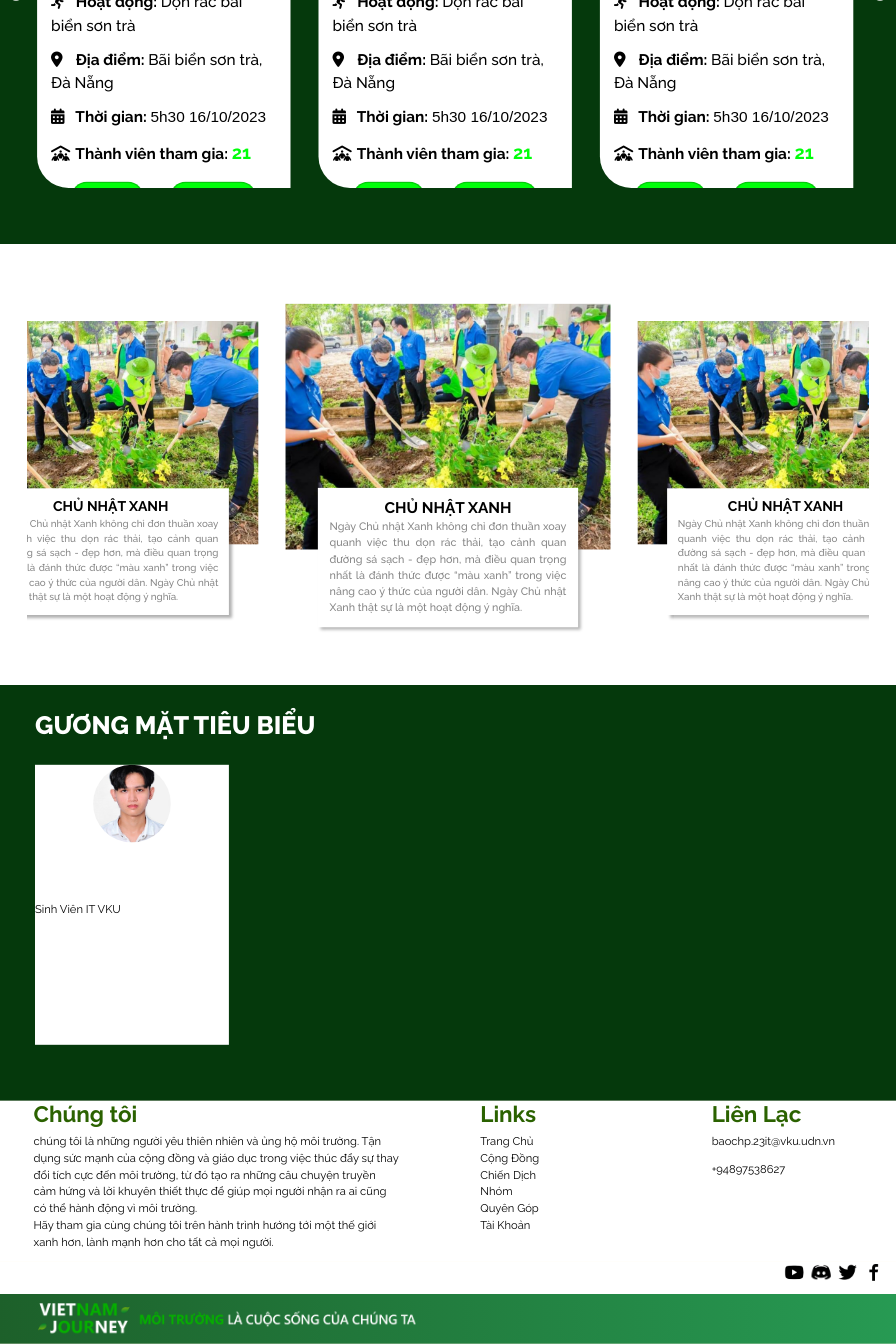
Repository: Boima12/Boima12.github.io_VietnamJourney
Page: HTML/ChienDich/ChienDich.html
The author's editor kept a copy of each file at every save. The page is drawn from the files as they stood at one save, then again after the next save.
The browser window is 1280 px wide. The pictures show the part of the page from y = 2741 to 4661 px (the page is 4661 px tall), at 70% of full size.

Above is the page before, as saved 2024-05-25 13:13:14.

After the next save:
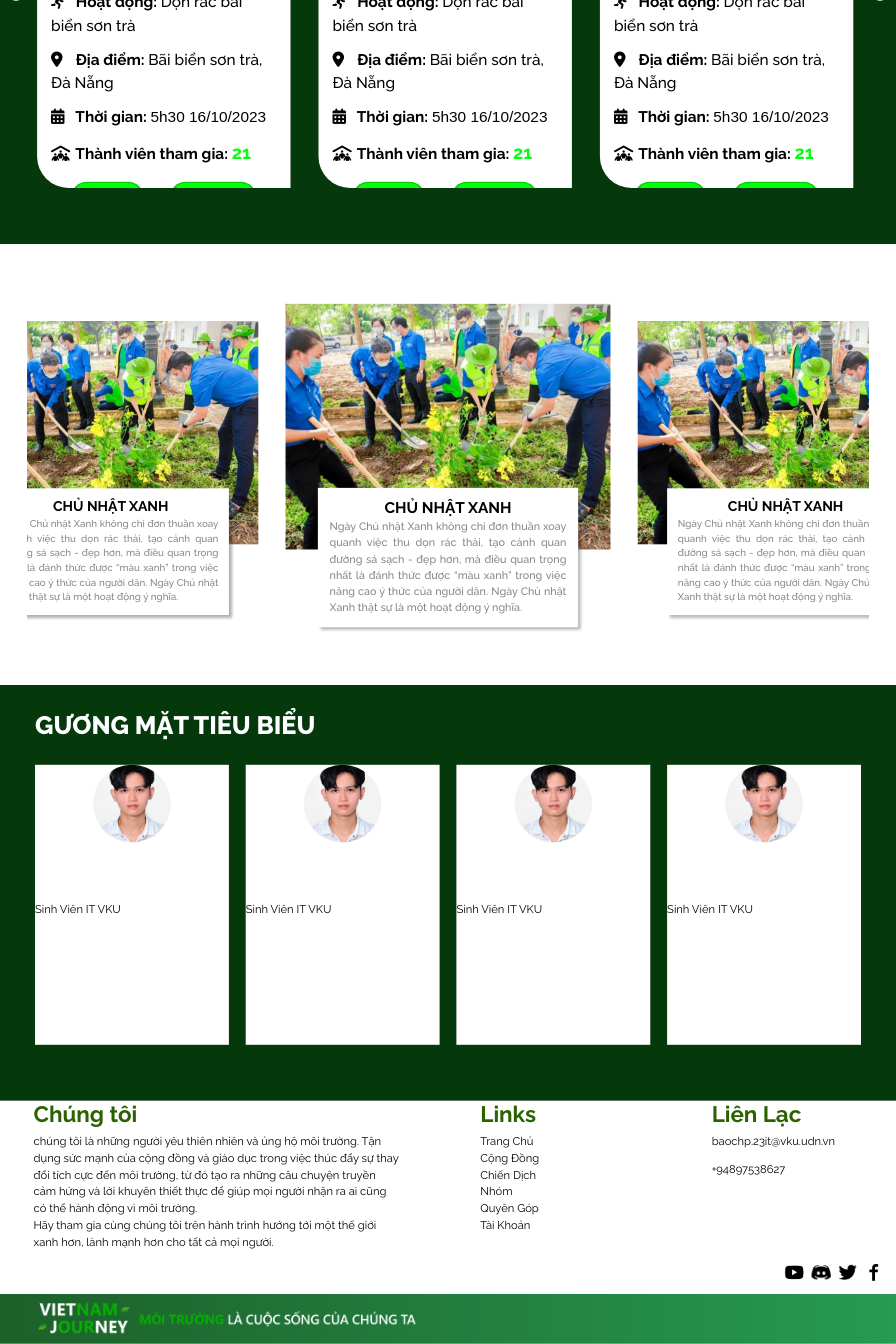
Saved 10 s later.
--- a/HTML/ChienDich/ChienDich.html
+++ b/HTML/ChienDich/ChienDich.html
@@ -424,6 +424,30 @@
                         <div class="desc">Sinh Viên IT VKU</div>
                     </div>
                 </div>
+
+                <div class="inner col-xl-3  col-lg-3 col-md-6 col-sm-6 col-12">
+                    <div class="item">
+                        <img src="./images/ảnh thẻ.jpg" alt="">
+                        <div class="title">Dương Đính</div>
+                        <div class="desc">Sinh Viên IT VKU</div>
+                    </div>
+                </div>
+
+                <div class="inner col-xl-3  col-lg-3 col-md-6 col-sm-6 col-12">
+                    <div class="item">
+                        <img src="./images/ảnh thẻ.jpg" alt="">
+                        <div class="title">Dương Đính</div>
+                        <div class="desc">Sinh Viên IT VKU</div>
+                    </div>
+                </div>
+
+                <div class="inner col-xl-3  col-lg-3 col-md-6 col-sm-6 col-12">
+                    <div class="item">
+                        <img src="./images/ảnh thẻ.jpg" alt="">
+                        <div class="title">Dương Đính</div>
+                        <div class="desc">Sinh Viên IT VKU</div>
+                    </div>
+                </div>
             </div>
         </div>
     </div>
